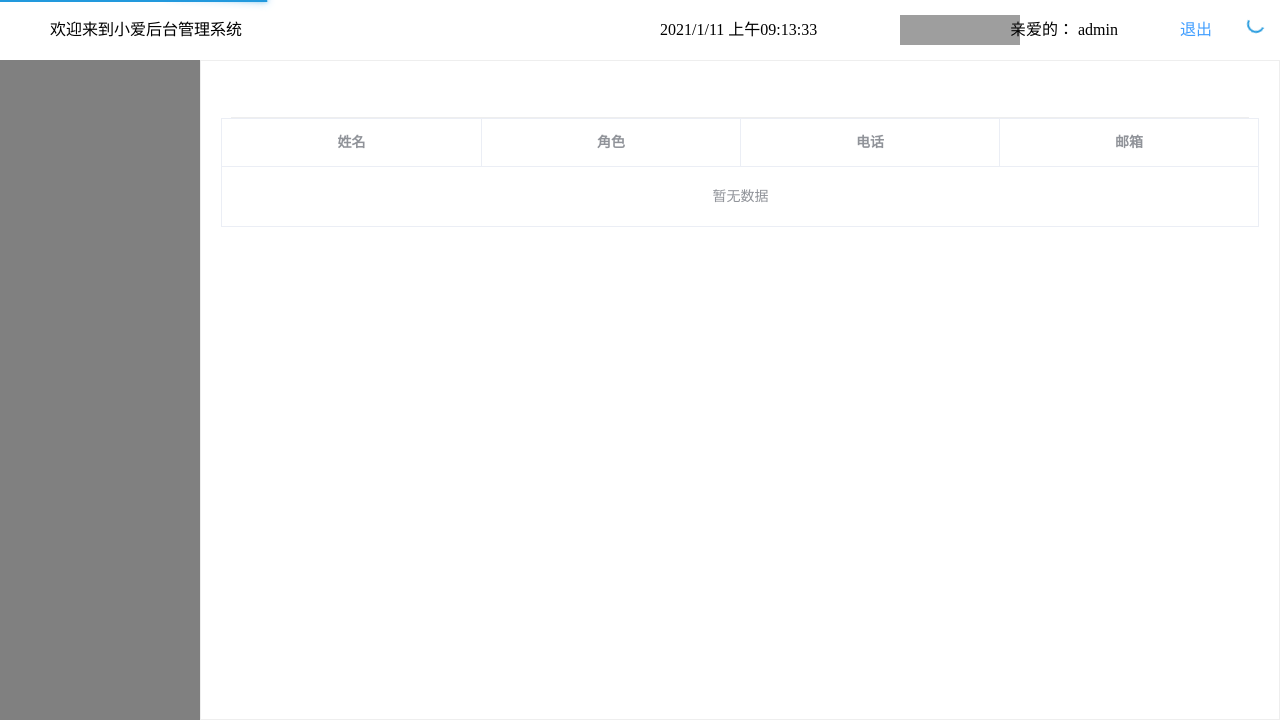
Repository: heyegang/vuex
Page: /usermanagement
These files come from the project's save history. The page is drawn as it stood at one moment and after the next save; the edit follows.
The browser window is 1280 px wide. The pictures show the whole page.
Pictures or frames that could not be fetched are drawn as grey boxes. The page's requests for data from a server got no answer. The project was rebuilt for these pictures with package versions that can differ from the ones it lists, and the page was loaded fresh each time. No one was signed in, and anything a server would have sent is missing. Also part of the build but not shown: vue.config.js, src/views/Home.vue, src/components/navsidebar/NavSidebar.vue.

Above is the page before, as saved 2021-01-11 17:41:18.

After the next save:
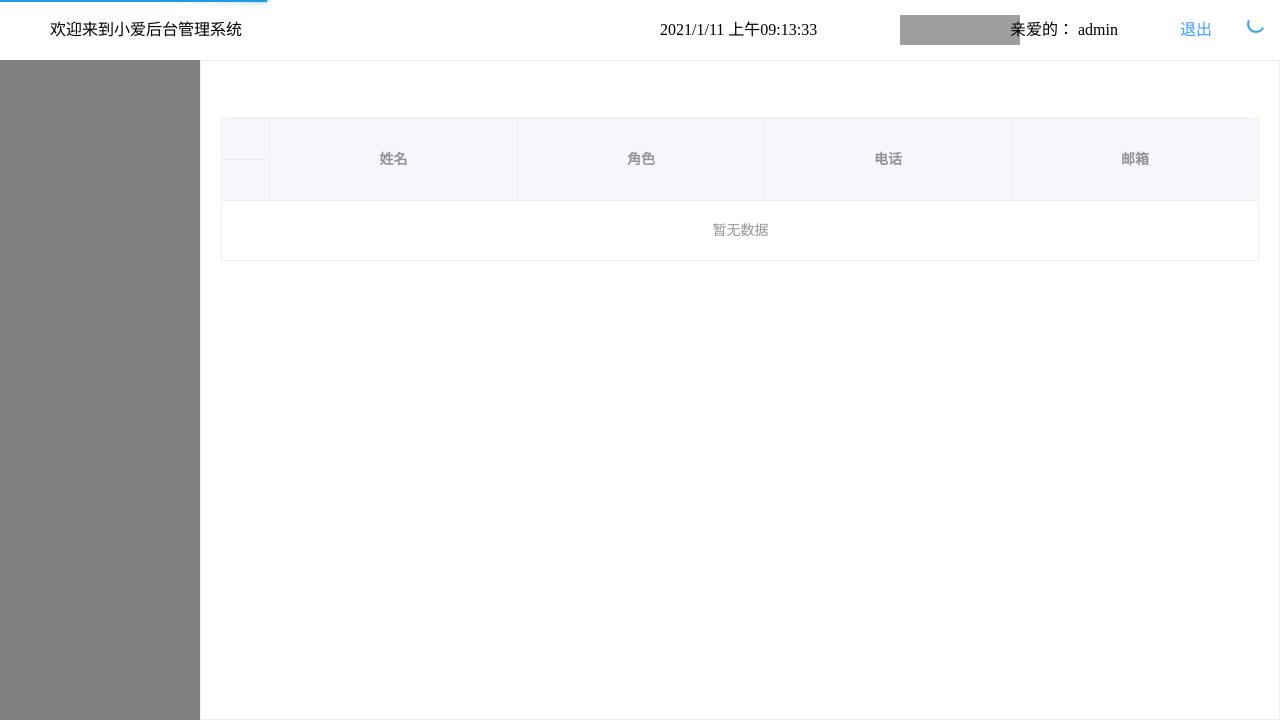
Saved 1 s later.
--- a/src/components/aitable/AiTable.vue
+++ b/src/components/aitable/AiTable.vue
@@ -7,6 +7,15 @@
       :data="data"
       style="width: 100%"
       >
+      <el-table-column v-if="extend && extend.length>0">
+        <el-table-column
+        v-for="(item,index) in extend"
+        :key="index"
+        :type="item.type"
+        >
+
+        </el-table-column>
+      </el-table-column>
       <el-table-column
       v-for="(item,index) in columns"
       :key="index"
@@ -40,6 +49,9 @@ export default {
     border:{
       type:Boolean,
       dafault:false,
+    },
+    extend:{
+      type:Array,
     }
   },
   data () {
